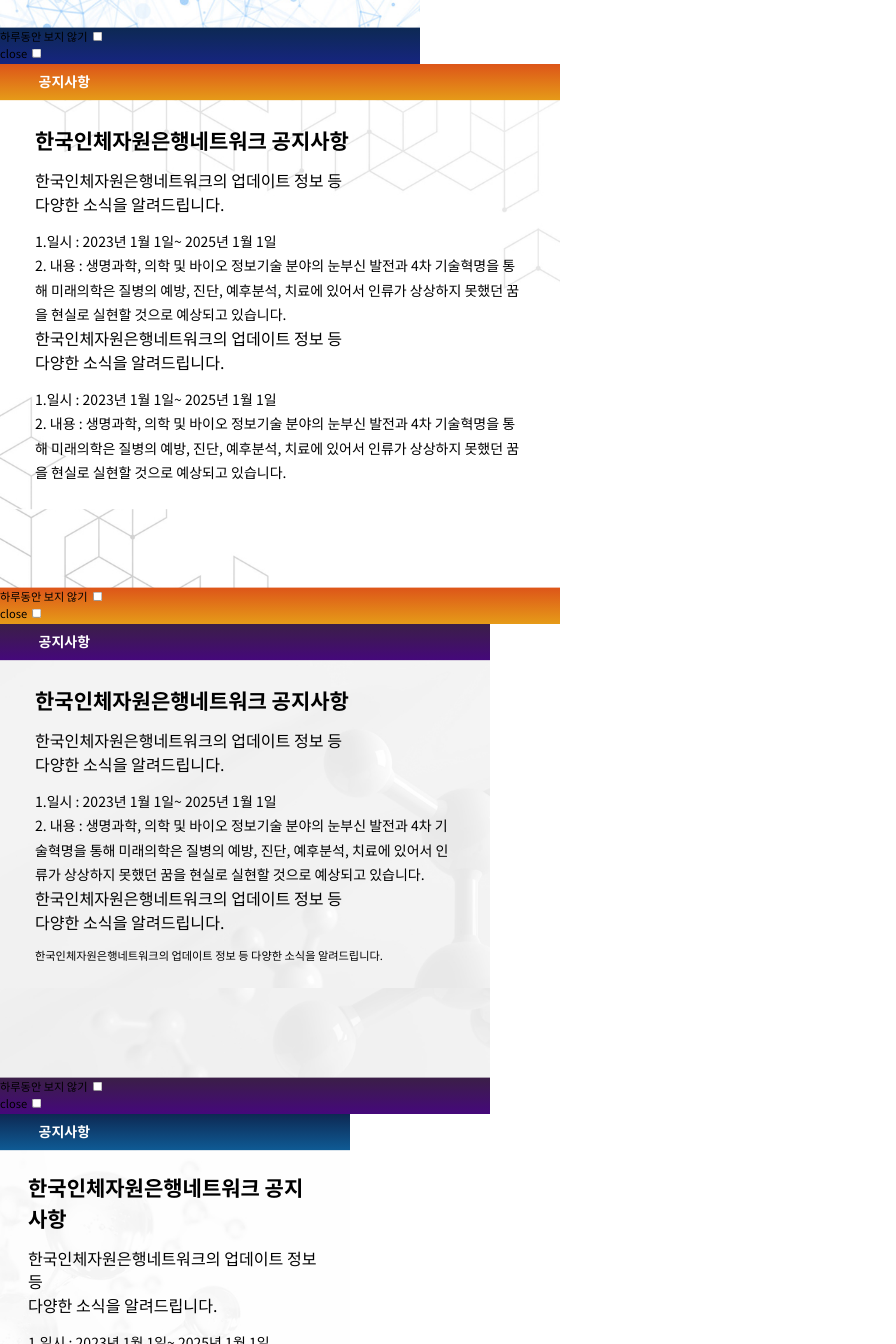
Repository: dlgywls1130/common_popup
Page: index.html
These files come from the project's save history. The page is drawn as it stood at one moment and after the next save; the edit follows.
The browser window is 1280 px wide. The pictures show the part of the page from y = 508 to 2428 px (the page is 2600 px tall), at 70% of full size.

Above is the page before, as saved 2023-10-25 23:59:52.

After the next save:
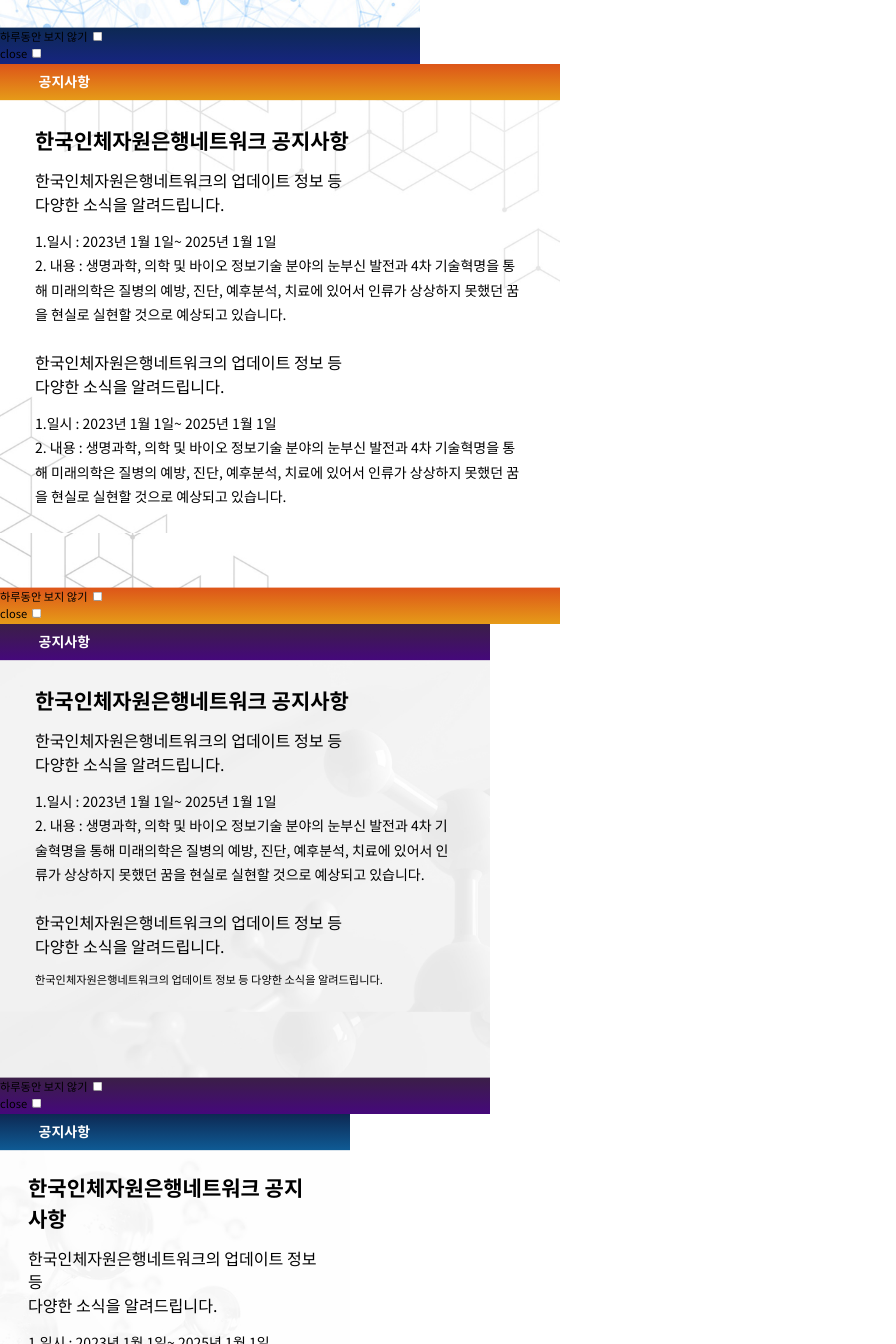
Saved 16 s later.
--- a/index.html
+++ b/index.html
@@ -55,7 +55,7 @@
                 한국인체자원은행네트워크의 업데이트 정보 등
                 <br>다양한 소식을 알려드립니다.
             </div>
-            <div class="common_body_descript">
+            <div class="common_body_descript mb-34">
                 <p>1.일시 : 2023년 1월 1일~ 2025년 1월 1일</p>
                 <p>2. 내용 : 생명과학, 의학 및 바이오 정보기술 분야의 눈부신
                 발전과 4차 기술혁명을 통해 미래의학은 질병의 예방, 진단,
@@ -99,7 +99,7 @@
                 한국인체자원은행네트워크의 업데이트 정보 등
                 <br>다양한 소식을 알려드립니다.
             </div>
-            <div class="common_body_descript">
+            <div class="common_body_descript mb-34">
                 <p>1.일시 : 2023년 1월 1일~ 2025년 1월 1일</p>
                 <p>2. 내용 : 생명과학, 의학 및 바이오 정보기술 분야의 눈부신
                 발전과 4차 기술혁명을 통해 미래의학은 질병의 예방, 진단,
